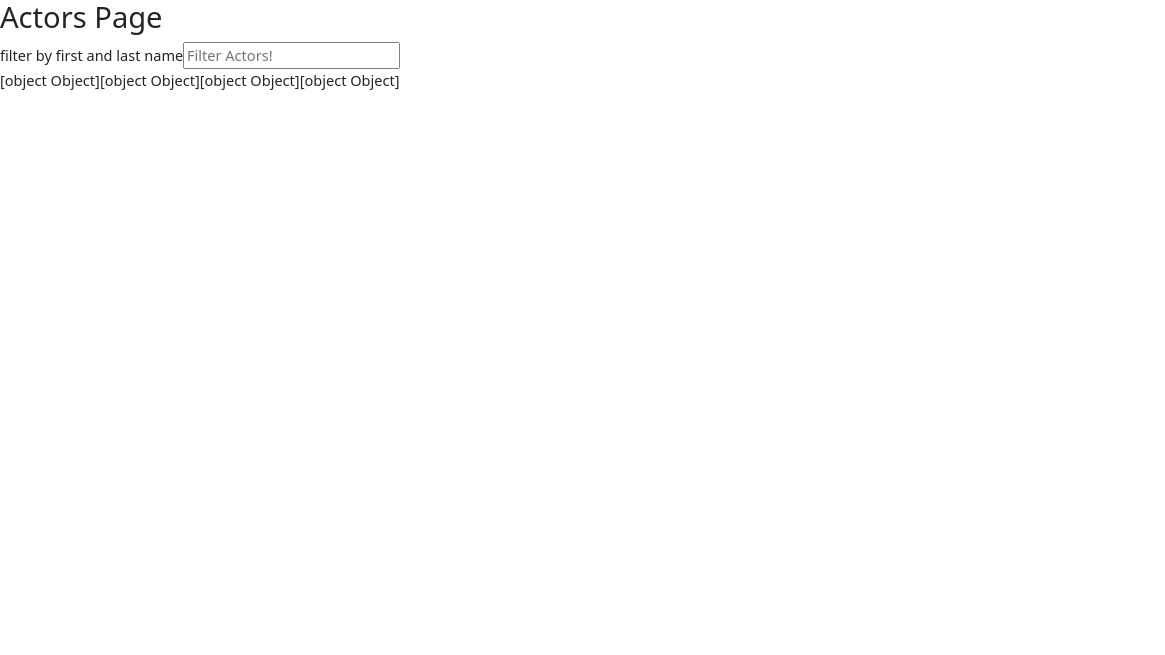
Repository: shuroo/FECourse-react-movieapp
Page: /
The author's editor kept a copy of each file at every save. The page is drawn from the files as they stood at one save, then again after a run of saves.
The browser window is 1280 px wide. The pictures show the whole page, at 91% of full size.
The project was rebuilt for these pictures with package versions that can differ from the ones it lists, and the page was loaded fresh each time. Also part of the build but not shown: src/App.css.

Above is the page before, as saved 2021-07-24 06:55:03.

After the next 3 saves:
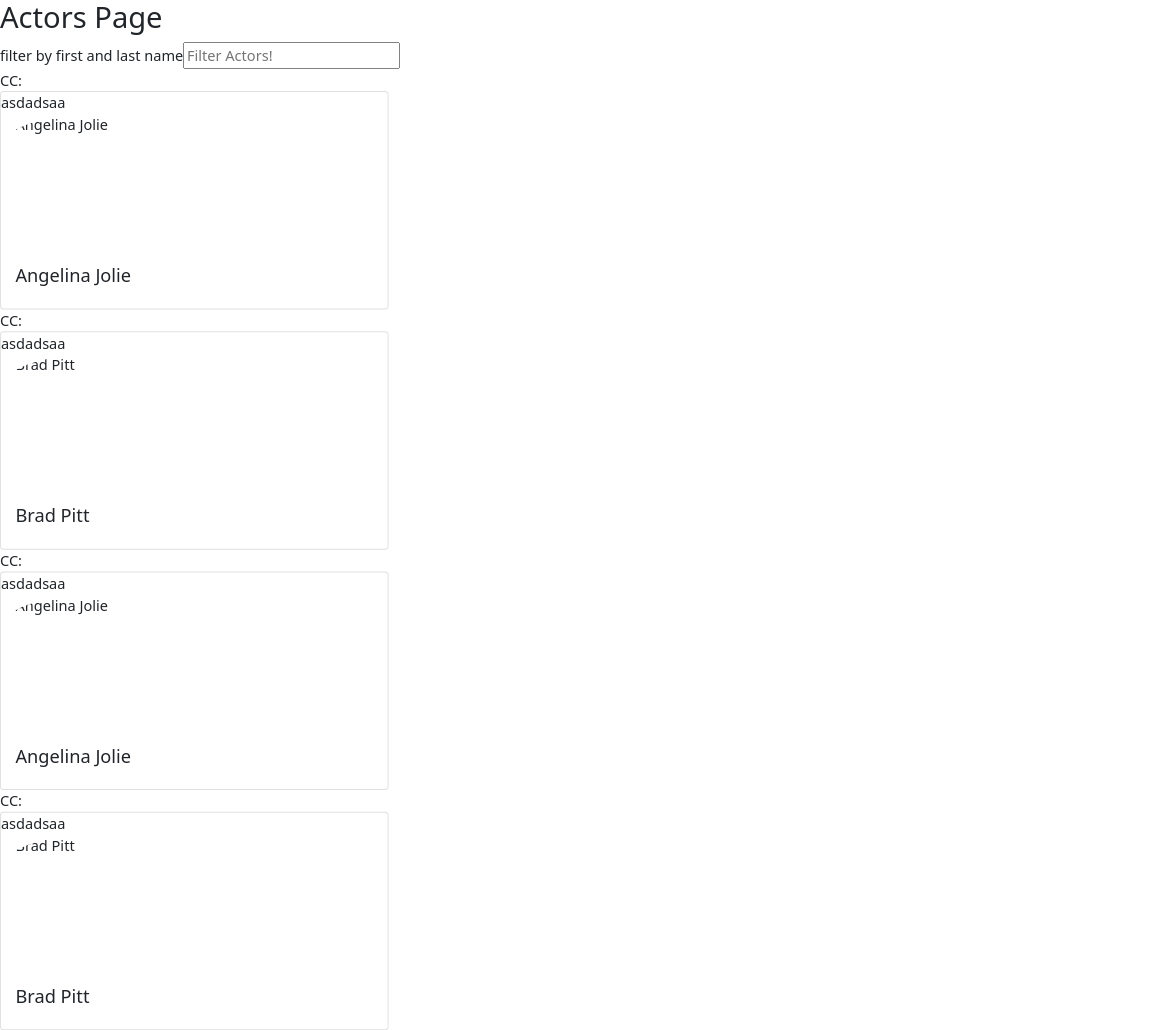
The 3 saves are shown as one change because 1 did not build or start and some came seconds apart.
The last was saved 97 s later.
--- a/src/pages/ActorsPage.jsx
+++ b/src/pages/ActorsPage.jsx
@@ -29,10 +29,8 @@ function ActorsPage() {
     function sortBy(e){
         const criteria = e.target.value;
     }
-    let actorsHtml = "";
-    for(var actor of actors){
-        actorsHtml+=<div>CC:<CardComponent actor={actor}/></div>
-    }
+    let actorsHtml = actors.map(act=> <div>CC:<CardComponent actor={act}/></div>)
+
     return (
         <div>
             <h2>Actors Page</h2>
